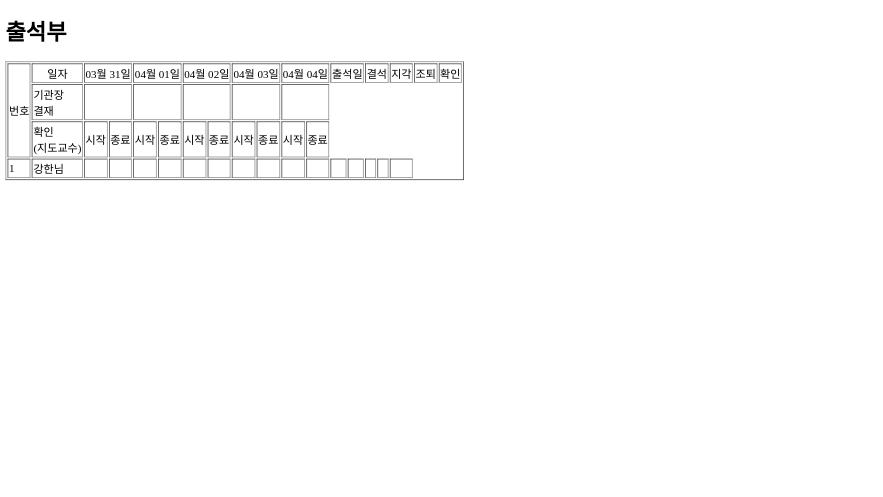
Repository: zzzzzzin/Client
Page: ClientTest/src/main/webapp/문제/Q11.html
The author's editor kept a copy of each file at every save. The page is drawn from the files as they stood at one save, then again after the next save.
The browser window is 1280 px wide. The pictures show the whole page, at 69% of full size.

Above is the page before, as saved 2024-03-13 08:42:54.

After the next save:
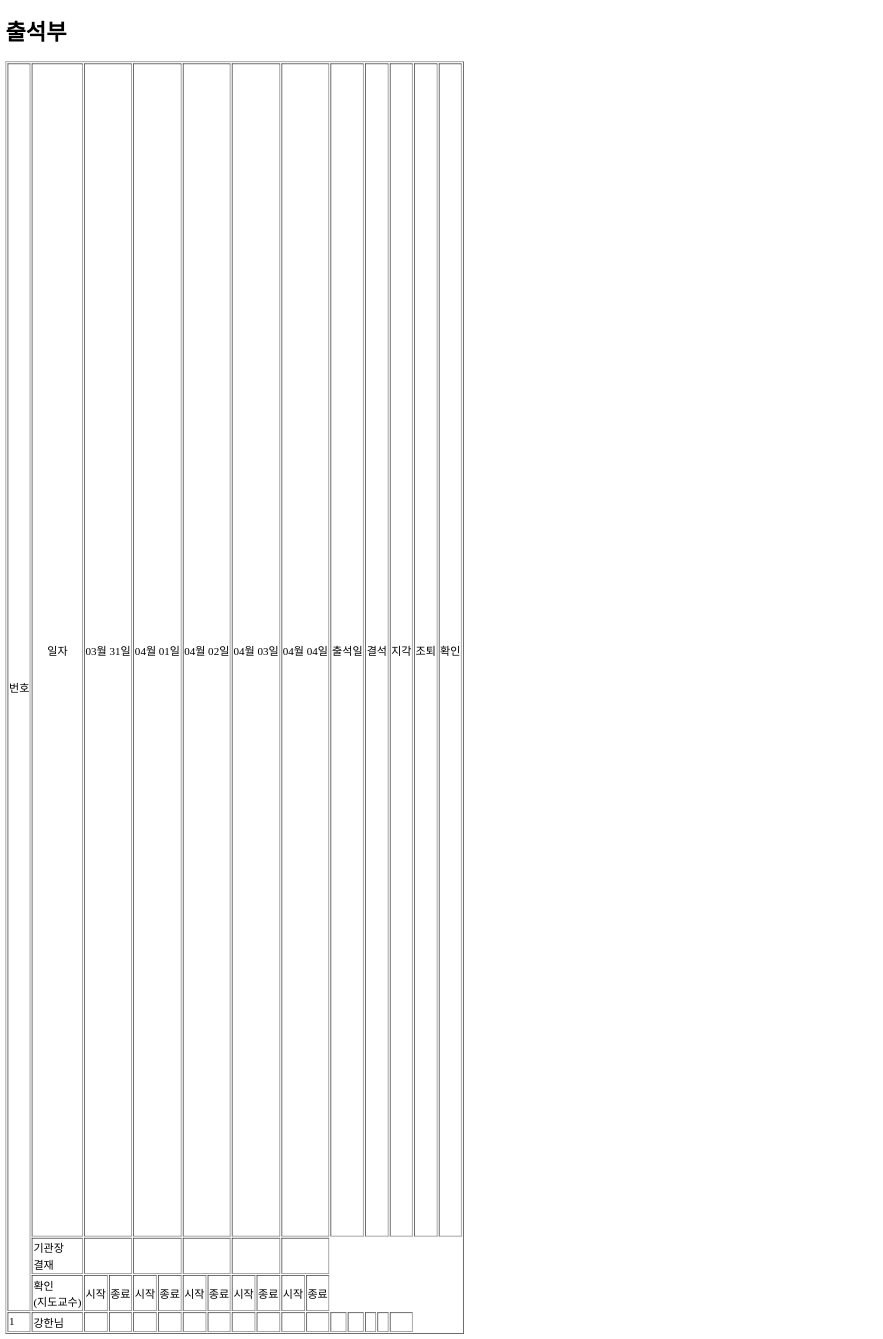
Saved 45 s later.
--- a/ClientTest/src/main/webapp/문제/Q11.html
+++ b/ClientTest/src/main/webapp/문제/Q11.html
@@ -7,7 +7,7 @@
 <body>
 <h1>출석부</h1>
 	<table border="1">
-		<tr align="center">
+		<tr align="center" width="1400" height="1700">
 			<td rowspan="3">번호</td>
 			<td>일자</td>
 			<td colspan="2">03월 31일</td>
